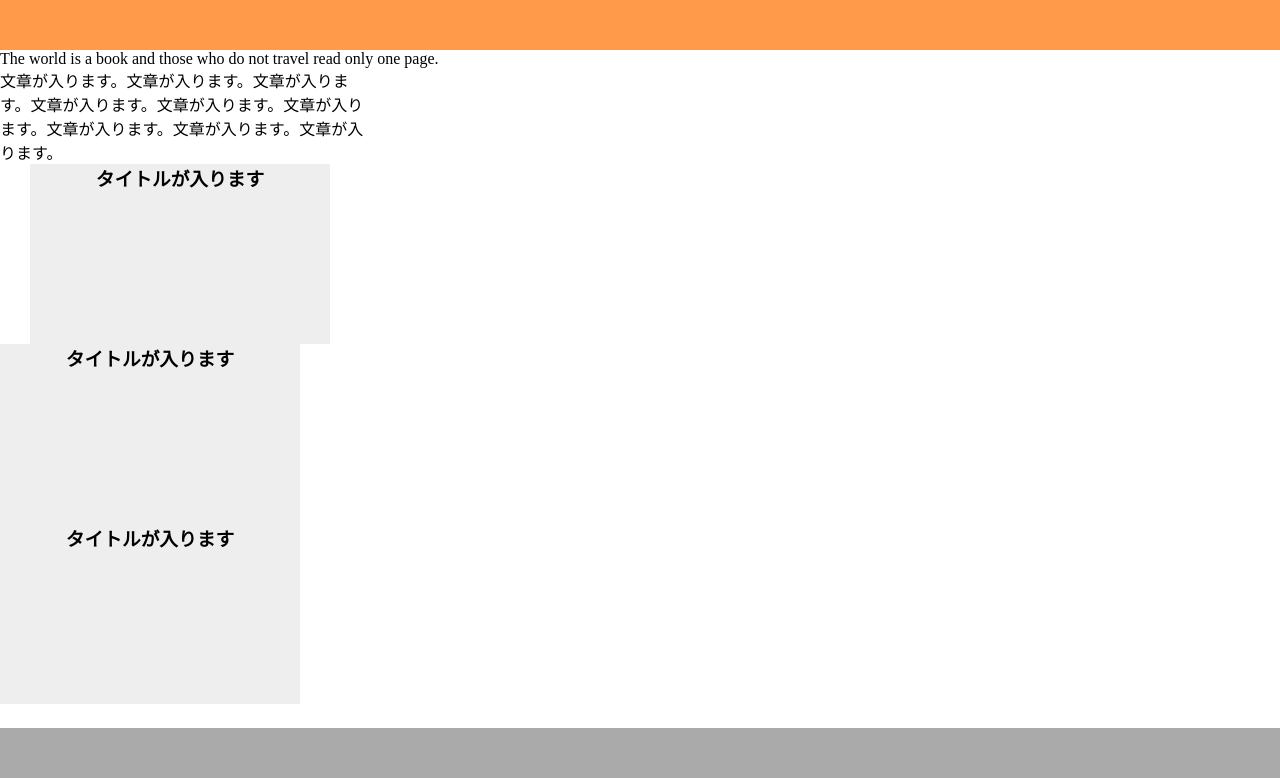
Repository: yesohnuki/shinya-ohnuki
Page: caravan/10.html
The author's editor kept a record of every edit. The page is drawn from the files as they stood at one moment, then again after the next edit.
The browser window is 1280 px wide. The pictures show the whole page.

Above is the page before.

After the next edit:
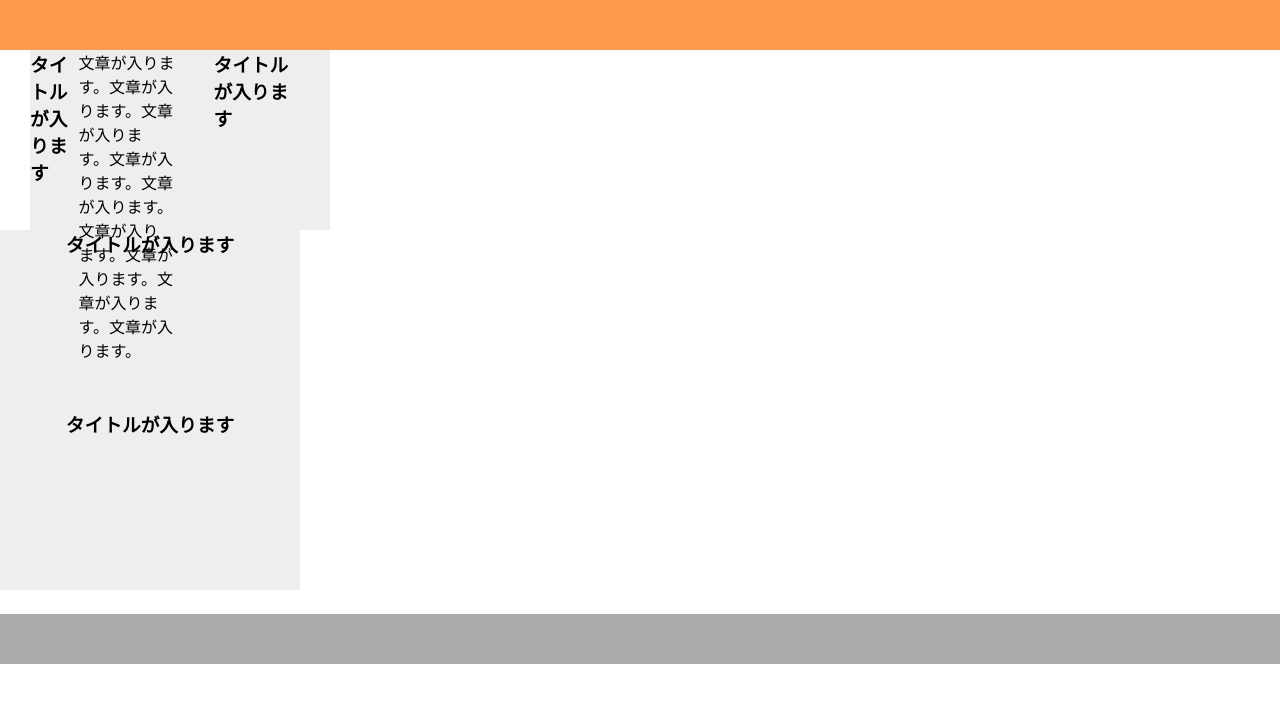
The edit:
--- a/caravan/10.html
+++ b/caravan/10.html
@@ -12,9 +12,9 @@
     </header>
 
     <main>
-       <p class="main-visual-text">
-          The world is a book and those who do not travel read only one page.
-        </p>
+      <section class="blog">
+       <h3 class="blog-text">タイトルが入ります</h3>
+
         <p class="main-name">
           文章が入ります。文章が入ります。文章が入りま<br />
           す。文章が入ります。文章が入ります。文章が入り<br />
